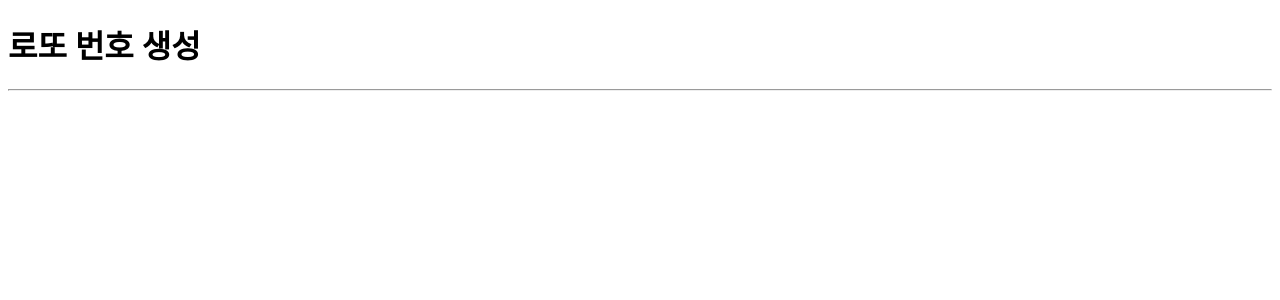
Repository: ceooyh/JSP
Page: http://localhost/step02/lotto_result.jsp
These files come from the project's save history. The page is drawn as it stood at one moment and after the next save; the edit follows.
The browser window is 1280 px wide. The pictures show the whole page.
The page is served by Tomcat 9.

Above is the page before, as saved 2020-12-29 02:40:18.

After the next save:
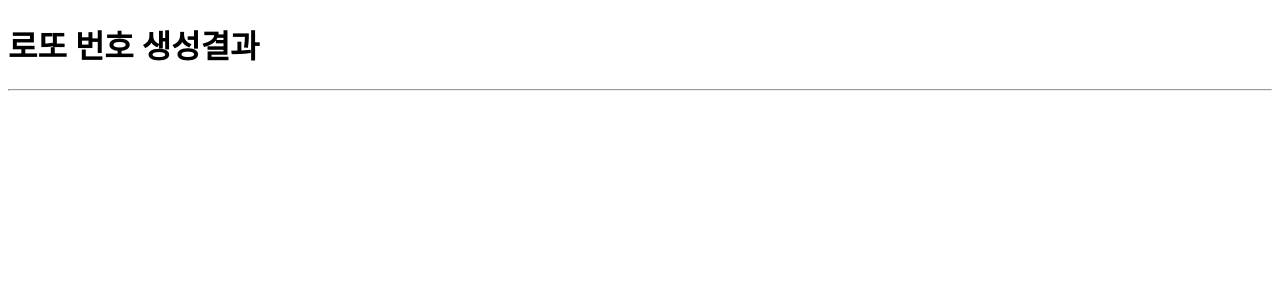
Saved 6 s later.
--- a/step02/WebContent/lotto_result.jsp
+++ b/step02/WebContent/lotto_result.jsp
@@ -17,7 +17,7 @@
 </style>
 </head>
 <body>
-<h1>로또 번호 생성</h1>
+<h1>로또 번호 생성결과</h1>
 <hr>
 	<%
 
